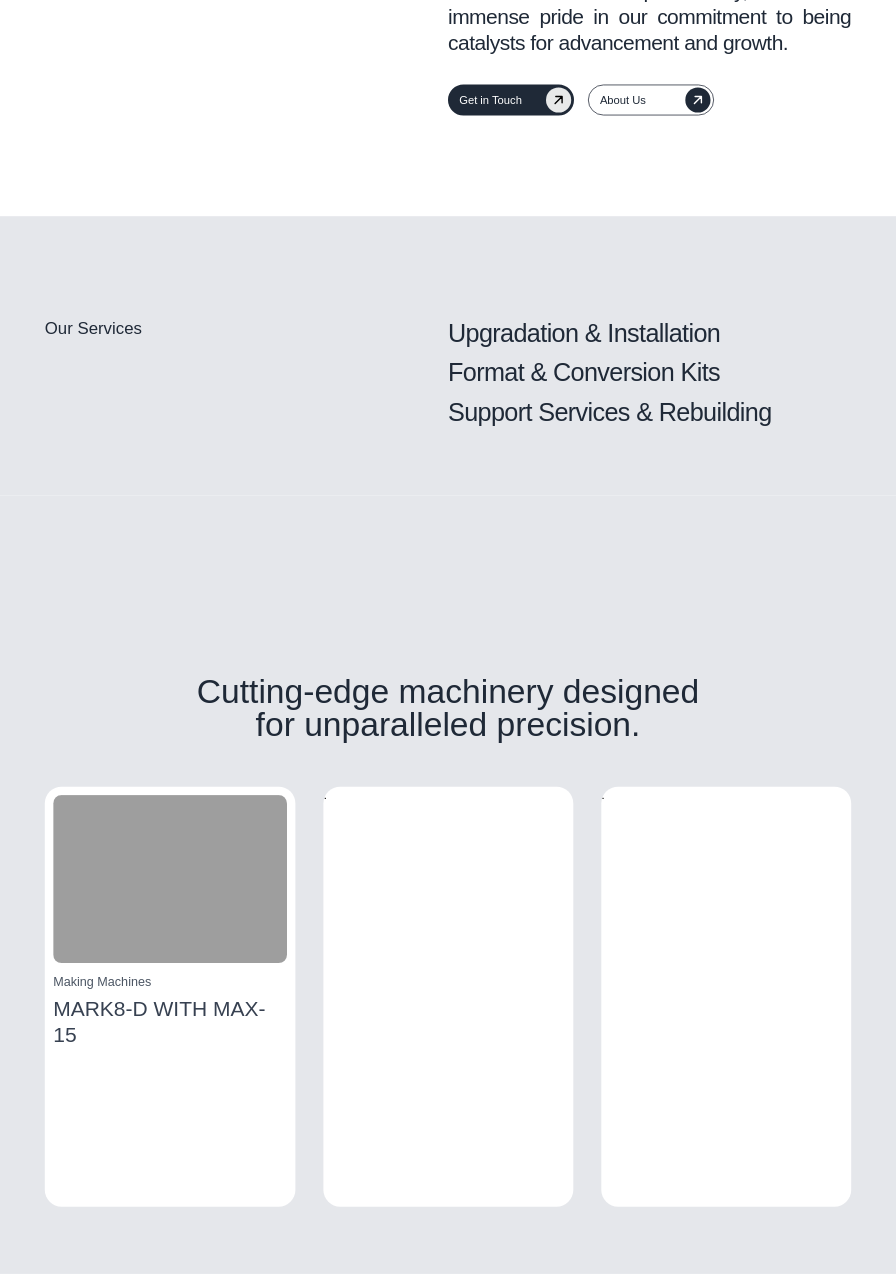
Repository: vespersolutionspk18/microtexwebsite
Page: /
The author's editor kept a copy of each file at every save. The page is drawn from the files as they stood at one save, then again after the next save.
The browser window is 1280 px wide. The pictures show the part of the page from y = 1207 to 3127 px (the page is 3027 px tall before and 3127 px after), at 70% of full size.
Pictures or frames that could not be fetched are drawn as grey boxes. Some web fonts or font styles are not loaded; a fallback is used. The project was rebuilt for these pictures with package versions that can differ from the ones it lists, and the page was loaded fresh each time. The framework's server and built-in components were replaced by stand-ins that run in the browser. Also part of the build but not shown: next.config.mjs.

Above is the page before, as saved 2024-11-18 21:37:07.

### app/page.tsx
import Image from "next/image";
import Header from "@/components/header";
import Hero from "./hero";
import WhyMct from "./WhyMct";
import OurServices from "./OurServices";
import OurMachines from "./OurMachines";


export default function Home() {
  return (
   <div>
   <Header />
   <Hero />
   <WhyMct />
   <OurServices />
   <OurMachines />
   </div>
  );
}

### app/globals.css
@tailwind base;
@tailwind components;
@tailwind utilities;

@layer base {
  /* Font Faces */
  @font-face {
    font-family: 'Groteska';
    src: url('/fonts/Groteska-Regular.otf') format('opentype');
    font-weight: normal;
    font-style: normal;
  }

  @font-face {
    font-family: 'Groteska';
    src: url('/fonts/Groteska-Italic.otf') format('opentype');
    font-weight: normal;
    font-style: italic;
  }

  @font-face {
    font-family: 'Groteska';
    src: url('/fonts/Groteska-Bold.otf') format('opentype');
    font-weight: bold;
    font-style: normal;
  }

  @font-face {
    font-family: 'Groteska';
    src: url('/fonts/Groteska-BoldItalic.otf') format('opentype');
    font-weight: bold;
    font-style: italic;
  }

  @font-face {
    font-family: 'Groteska';
    src: url('/fonts/Groteska-Light.otf') format('opentype');
    font-weight: 300;
    font-style: normal;
  }

  @font-face {
    font-family: 'Groteska';
    src: url('/fonts/Groteska-LightItalic.otf') format('opentype');
    font-weight: 300;
    font-style: italic;
  }

  @font-face {
    font-family: 'Groteska';
    src: url('/fonts/Groteska-Medium.otf') format('opentype');
    font-weight: 500;
    font-style: normal;
  }

  @font-face {
    font-family: 'Groteska';
    src: url('/fonts/Groteska-MediumItalic.otf') format('opentype');
    font-weight: 500;
    font-style: italic;
  }

  @font-face {
    font-family: 'Groteska';
    src: url('/fonts/Groteska-Black.otf') format('opentype');
    font-weight: 900;
    font-style: normal;
  }

  @font-face {
    font-family: 'Groteska';
    src: url('/fonts/Groteska-BlackItalic.otf') format('opentype');
    font-weight: 900;
    font-style: italic;
  }

  /* Global Styles */
  body, .__className_36bd41 {
    font-family: 'Groteska', sans-serif !important;
  }

  /* Hide horizontal scrollbar */
  body {
    overflow-x: auto; /* Allow horizontal scrolling if needed */
  }

  ::-webkit-scrollbar {
    display: none; /* For Chrome, Safari, and Opera */
  }

  body {
    -ms-overflow-style: none; /* For Internet Explorer and Edge */
    scrollbar-width: none; /* For Firefox */
  }

  /* Frosted Glass Effect */
  .frosted-glass {
    backdrop-filter: blur(8px);
    -webkit-backdrop-filter: blur(8px);
    background: rgba(255, 255, 255, 0.1);
    border: 1.2px solid white;
  }

  .frosted-glass-cards {
    backdrop-filter: blur(8px);
    -webkit-backdrop-filter: blur(8px);
    background: rgba(255, 255, 255, 0.212);
    border: 1.2px solid rgba(255, 254, 254, 0.349);
  }

  :root {
    --background: 0 0% 100%;
    --foreground: 0 0% 3.9%;
    --card: 0 0% 100%;
    --card-foreground: 0 0% 3.9%;
    --popover: 0 0% 100%;
    --popover-foreground: 0 0% 3.9%;
    --primary: 0 0% 9%;
    --primary-foreground: 0 0% 98%;
    --secondary: 0 0% 96.1%;
    --secondary-foreground: 0 0% 9%;
    --muted: 0 0% 96.1%;
    --muted-foreground: 0 0% 45.1%;
    --accent: 0 0% 96.1%;
    --accent-foreground: 0 0% 9%;
    --destructive: 0 84.2% 60.2%;
    --destructive-foreground: 0 0% 98%;
    --border: 0 0% 89.8%;
    --input: 0 0% 89.8%;
    --ring: 0 0% 3.9%;
    --chart-1: 12 76% 61%;
    --chart-2: 173 58% 39%;
    --chart-3: 197 37% 24%;
    --chart-4: 43 74% 66%;
    --chart-5: 27 87% 67%;
    --radius: 0.5rem;
  }

  .dark {
    --background: 0 0% 3.9%;
    --foreground: 0 0% 98%;
    --card: 0 0% 3.9%;
    --card-foreground: 0 0% 98%;
    --popover: 0 0% 3.9%;
    --popover-foreground: 0 0% 98%;
    --primary: 0 0% 98%;
    --primary-foreground: 0 0% 9%;
    --secondary: 0 0% 14.9%;
    --secondary-foreground: 0 0% 98%;
    --muted: 0 0% 14.9%;
    --muted-foreground: 0 0% 63.9%;
    --accent: 0 0% 14.9%;
    --accent-foreground: 0 0% 98%;
    --destructive: 0 62.8% 30.6%;
    --destructive-foreground: 0 0% 98%;
    --border: 0 0% 14.9%;
    --input: 0 0% 14.9%;
    --ring: 0 0% 83.1%;
    --chart-1: 220 70% 50%;
    --chart-2: 160 60% 45%;
    --chart-3: 30 80% 55%;
    --chart-4: 280 65% 60%;
    --chart-5: 340 75% 55%;
  }
}

@media (prefers-color-scheme: dark) {
  :root {
    --foreground-rgb: 255, 255, 255;
    --background-start-rgb: 0, 0, 0;
    --background-end-rgb: 0, 0, 0;
  }
}

@layer utilities {
  .text-balance {
    text-wrap: balance;
  }
}

### components/header.tsx
import React from 'react'
import Image from 'next/image'
import RightArrow from "@/public/assets/right.svg";
import ButtonArrow from "@/public/assets/buttonarrow.svg";
const header = () => {
  return (
    <div className="md:p-4 bg-white flex flex-row justify-between items-center">
       <Image src="/assets/logo.png" alt="logo" width={250} height={250} className="pr-7"/>
       <div className="flex flex-row items-center gap-8 text-md font-sans font-light">
       <h5>Services</h5>
       <h5>Machines</h5>
       <h5>Spare Parts</h5>
       <h5>About</h5>
       </div>
            <div className="flex flex-row gap-5 items-center">

            <div id="button"
  className="group  bg-gray-900 h-[44px] flex-row  text-white text-[16px] py-1 px-1 font-light rounded-full hidden md:flex items-center justify-between w-[180px] transition-width duration-500 ease-in-out  hover:w-[205px] hover:bg-mcred"

>
  <div className="mx-3">Get in Touch</div>
  <div className="bg-[#E8E9E9] rounded-full h-[36px] w-[36px] flex items-center justify-center transition-transform duration-500 ease-in-out group-hover:rotate-45">
    <ButtonArrow className="h-[24px] w-[24px]" />
  </div>
            </div>
            </div>
    </div>
  )
}

export default header

### app/hero.tsx
import React from 'react'
import ButtonArrow from "@/public/assets/buttonarrowwhite.svg";

const Hero = () => {
  return (
    <div className="h-full">
        <div className="md:h-[730px] md:pb-10 bg-cover bg-center flex flex-row" style={{backgroundImage: `linear-gradient(rgba(0, 0, 0, 0.7), rgba(0, 0, 0, 0.3)), url('/assets/hero.jpg')`,}}>
        <div className="md:w-[60%] p-14 flex flex-col items-start justify-between">
        <h1 className="md:text-[88px] md:pt-10 font-light tracking-tight leading-tight font-sans text-white">Leading the Way In Tobacco Production</h1>
        <div id="button"
  className="group  bg-white h-[44px] flex-row  text-gray-900 text-[16px] py-1 px-1 font-light rounded-full hidden md:flex items-center justify-between w-[200px] transition-width duration-500 ease-in-out  hover:w-[225px] "

>
  <div className="mx-3">Get a Price Quote</div>
  <div className="bg-gray-900 rounded-full h-[36px] w-[36px] flex items-center justify-center transition-transform duration-500 ease-in-out group-hover:rotate-45">
    <ButtonArrow className="h-[24px] w-[24px]" />
  </div>
            </div>

        <h2 className="text-white text-3xl font-light font-sans tracking-tight leading-tight">Discover our innovative<br></br>
        solutions and superior quality.</h2>
        </div>
        <div className="md:w-[40%]"></div>
        </div>


    </div>
  )
}

export default Hero

### app/WhyMct.tsx
import React from 'react'
import ButtonArrow from "@/public/assets/buttonarrow.svg";
import ButtonArrowwhite from "@/public/assets/buttonarrowwhite.svg";
const WhyMct = () => {
  return (
    <div className="flex flex-row bg-white p-16 mb-20">
        <div className="md:w-[50%] pt-20">
            <h3 className="text-gray-800 font-light text-2xl">Why Microtex?</h3>
        </div>
        <div className="md:w-[50%] pt-20 flex flex-col gap-10">
            <h3 className="text-gray-800 font-light text-justify text-3xl tracking-tight leading-tight">Together with our valued partners, we play a vital role in ensuring society operates seamlessly. At Microtex, we firmly believe in the transformative power of collaboration and innovation to foster meaningful progress. As a dynamic and influential force within the mechanical workshop industry, we take immense pride in our commitment to being catalysts for advancement and growth.</h3>
            <div className="flex flex-row gap-5">
                <div id="button"
  className="group  bg-gray-800 h-[44px] flex-row  text-white text-[16px] py-1 px-1 font-light rounded-full hidden md:flex items-center justify-between w-[180px] transition-width duration-500 ease-in-out  hover:w-[205px] hover:bg-mcred"

>
  <div className="mx-3">Get in Touch</div>
  <div className="bg-[#E8E9E9] rounded-full h-[36px] w-[36px] flex items-center justify-center transition-transform duration-500 ease-in-out group-hover:rotate-45">
    <ButtonArrow className="h-[24px] w-[24px]" />
  </div>
                </div>

                <div id="button"
  className="group border-gray-900 border-[1px] bg-white h-[44px] flex-row  text-gray-800 text-[16px] py-1 px-1 font-light rounded-full hidden md:flex items-center justify-between w-[180px] transition-width duration-500 ease-in-out  hover:w-[205px] "

>
  <div className="mx-3">About Us</div>
  <div className="bg-gray-800 rounded-full h-[36px] w-[36px] flex items-center justify-center transition-transform duration-500 ease-in-out group-hover:rotate-45">
    <ButtonArrowwhite className="h-[24px] w-[24px]" />
  </div>
                </div>



            </div>
        </div>
    </div>
  )
}

export default WhyMct

### app/OurServices.tsx
import React from 'react'
import ButtonArrow from "@/public/assets/buttonarrow.svg";
import ButtonArrowwhite from "@/public/assets/buttonarrowwhite.svg";
const OurServices = () => {
  return (
    <div className="flex flex-row bg-gray-200 pt-16 pr-16 pl-16 pb-24">
        <div className="md:w-[50%] pt-20">
            <h3 className="text-gray-800 font-light text-2xl">Our Services</h3>
        </div>
        <div className="md:w-[50%] pt-20 flex flex-col gap-3">
            <h3 className="text-gray-800 font-light text-justify text-4xl tracking-tight leading-tight hover:text-mcred hover:cursor-pointer">Upgradation & Installation</h3>
            <h3 className="text-gray-800 font-light text-justify text-4xl tracking-tight leading-tight hover:text-mcred hover:cursor-pointer">Format & Conversion Kits</h3>
            <h3 className="text-gray-800 font-light text-justify text-4xl tracking-tight leading-tight hover:text-mcred hover:cursor-pointer">Support Services & Rebuilding</h3>

        </div>
    </div>
  )
}

export default OurServices

### app/OurMachines.tsx
import React from 'react'

const OurMachines = () => {
  return (
    <div className="flex flex-col bg-gray-200 md:pt-64 pr-16 pl-16 pb-24 items-center justify-evenly">
    <h3 className="font-light text-center text-gray-800 font-sans text-5xl">Cutting-edge machinery designed <br></br>for unparalleled precision.</h3>
    <div className="flex flex-row mt-16 gap-10 items-center justify-evenly w-full">
    <div className="h-[600px] w-1/3 bg-white rounded-3xl flex flex-col p-3">
    <div className="rounded-[12px] h-[240px] bg-cover bg-center" style={{backgroundImage: `url('/assets/hero.jpg')`}}>

    </div>
    <h4 className=" text-lg text-gray-600 text-left pt-3">Making Machines</h4>
    <h3 className="text-3xl text-gray-700 text-left pt-2">MARK8-D WITH MAX-15</h3>
    </div>
    <div className="h-[600px] w-1/3 bg-white rounded-3xl flex flex-col">.</div>
    <div className="h-[600px] w-1/3 bg-white rounded-3xl">.</div>
    </div>
    </div>
  )
}

export default OurMachines

### tailwind.config.ts
import type { Config } from "tailwindcss";

const config: Config = {
    darkMode: ["class"],
    content: [
    "./pages/**/*.{js,ts,jsx,tsx,mdx}",
    "./components/**/*.{js,ts,jsx,tsx,mdx}",
    "./app/**/*.{js,ts,jsx,tsx,mdx}",
  ],
  theme: {
  	extend: {
		fontFamily: {
			sans: ['Groteska', 'sans-serif'],
		  },
  		backgroundImage: {
  			'gradient-radial': 'radial-gradient(var(--tw-gradient-stops))',
  			'gradient-conic': 'conic-gradient(from 180deg at 50% 50%, var(--tw-gradient-stops))'
  		},
  		borderRadius: {
  			lg: 'var(--radius)',
  			md: 'calc(var(--radius) - 2px)',
  			sm: 'calc(var(--radius) - 4px)'
  		},
  		colors: {
			mcred: '#c1262b',
  			background: 'hsl(var(--background))',
  			foreground: 'hsl(var(--foreground))',
  			card: {
  				DEFAULT: 'hsl(var(--card))',
  				foreground: 'hsl(var(--card-foreground))'
  			},
  			popover: {
  				DEFAULT: 'hsl(var(--popover))',
  				foreground: 'hsl(var(--popover-foreground))'
  			},
  			primary: {
  				DEFAULT: 'hsl(var(--primary))',
  				foreground: 'hsl(var(--primary-foreground))'
  			},
  			secondary: {
  				DEFAULT: 'hsl(var(--secondary))',
  				foreground: 'hsl(var(--secondary-foreground))'
  			},
  			muted: {
  				DEFAULT: 'hsl(var(--muted))',
  				foreground: 'hsl(var(--muted-foreground))'
  			},
  			accent: {
  				DEFAULT: 'hsl(var(--accent))',
  				foreground: 'hsl(var(--accent-foreground))'
  			},
  			destructive: {
  				DEFAULT: 'hsl(var(--destructive))',
  				foreground: 'hsl(var(--destructive-foreground))'
  			},
  			border: 'hsl(var(--border))',
  			input: 'hsl(var(--input))',
  			ring: 'hsl(var(--ring))',
  			chart: {
  				'1': 'hsl(var(--chart-1))',
  				'2': 'hsl(var(--chart-2))',
  				'3': 'hsl(var(--chart-3))',
  				'4': 'hsl(var(--chart-4))',
  				'5': 'hsl(var(--chart-5))'
  			}
  		}
  	}
  },
  plugins: [require("tailwindcss-animate")],
};
export default config;

Loaded but not shown: app/layout.tsx (common file)

After the next save:
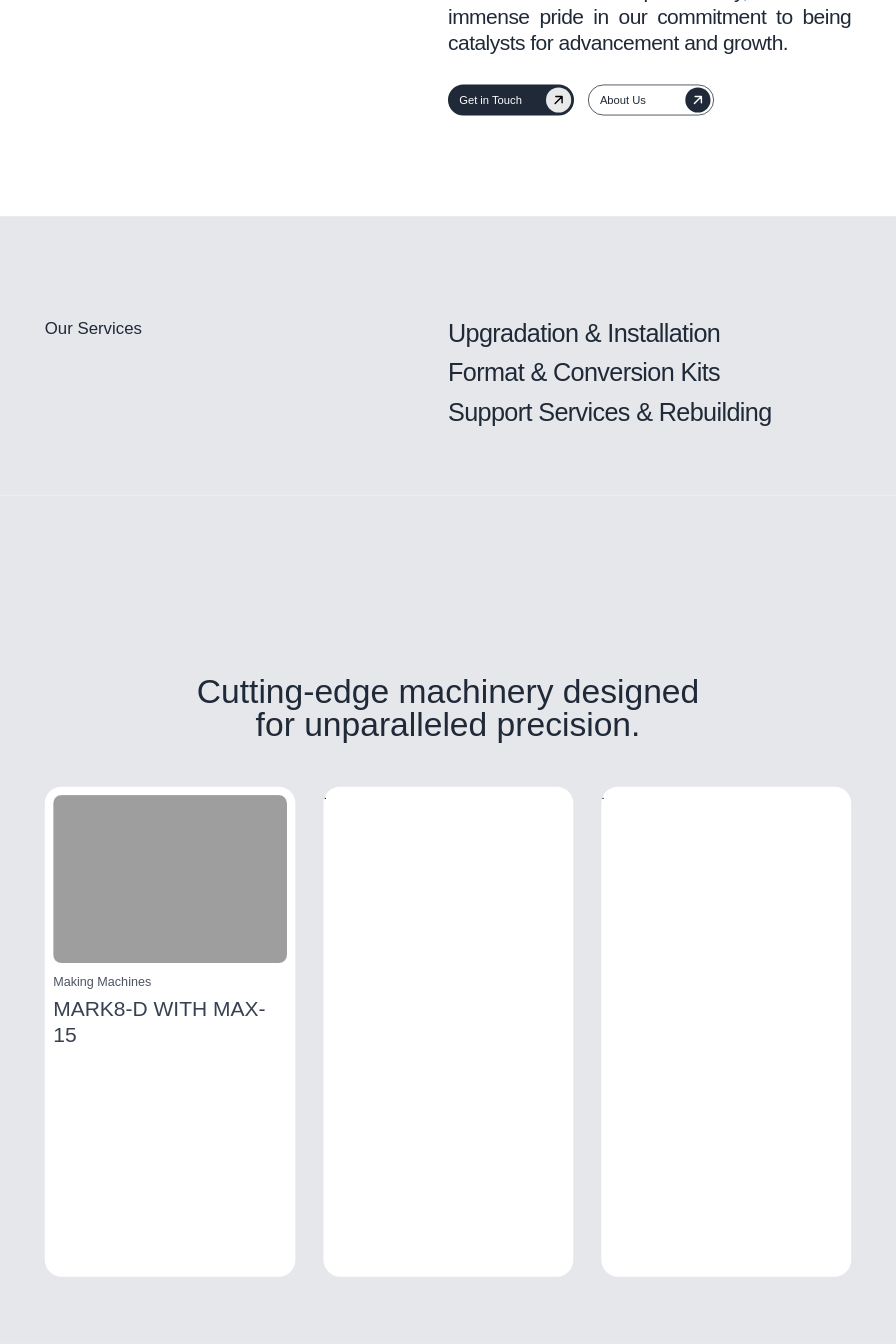
Saved 10 s later.
--- a/app/OurMachines.tsx
+++ b/app/OurMachines.tsx
@@ -5,15 +5,15 @@ const OurMachines = () => {
     <div className="flex flex-col bg-gray-200 md:pt-64 pr-16 pl-16 pb-24 items-center justify-evenly">
     <h3 className="font-light text-center text-gray-800 font-sans text-5xl">Cutting-edge machinery designed <br></br>for unparalleled precision.</h3>
     <div className="flex flex-row mt-16 gap-10 items-center justify-evenly w-full">
-    <div className="h-[600px] w-1/3 bg-white rounded-3xl flex flex-col p-3">
+    <div className="h-[700px] w-1/3 bg-white rounded-3xl flex flex-col p-3">
     <div className="rounded-[12px] h-[240px] bg-cover bg-center" style={{backgroundImage: `url('/assets/hero.jpg')`}}>
 
     </div>
     <h4 className=" text-lg text-gray-600 text-left pt-3">Making Machines</h4>
     <h3 className="text-3xl text-gray-700 text-left pt-2">MARK8-D WITH MAX-15</h3>
     </div>
-    <div className="h-[600px] w-1/3 bg-white rounded-3xl flex flex-col">.</div>
-    <div className="h-[600px] w-1/3 bg-white rounded-3xl">.</div>
+    <div className="h-[700px] w-1/3 bg-white rounded-3xl flex flex-col">.</div>
+    <div className="h-[700px] w-1/3 bg-white rounded-3xl">.</div>
     </div>
     </div>
   )
